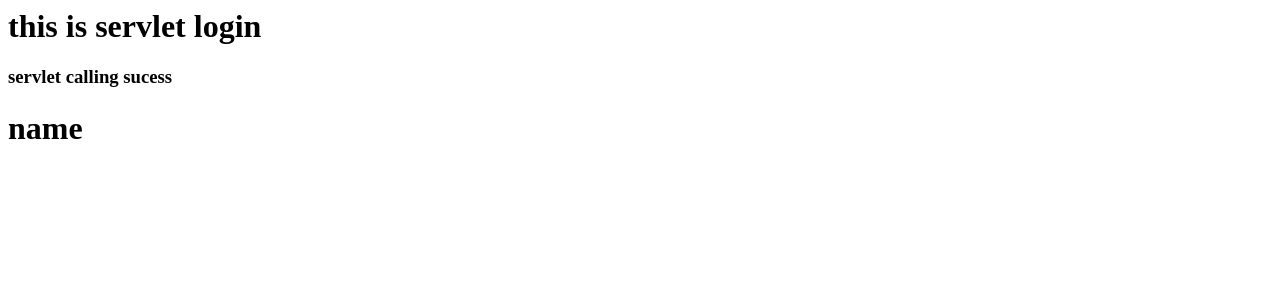
Repository: jks2127/SMS-webApp
Page: http://localhost/sms_1.2/login
An editor plug-in stored every save of this project. The page is shown before and after the next save, followed by the edit.
The browser window is 1280 px wide. The pictures show the whole page.
The page is served by Tomcat 9.

Above is the page before, as saved 2021-06-11 11:43:06.

After the next save:
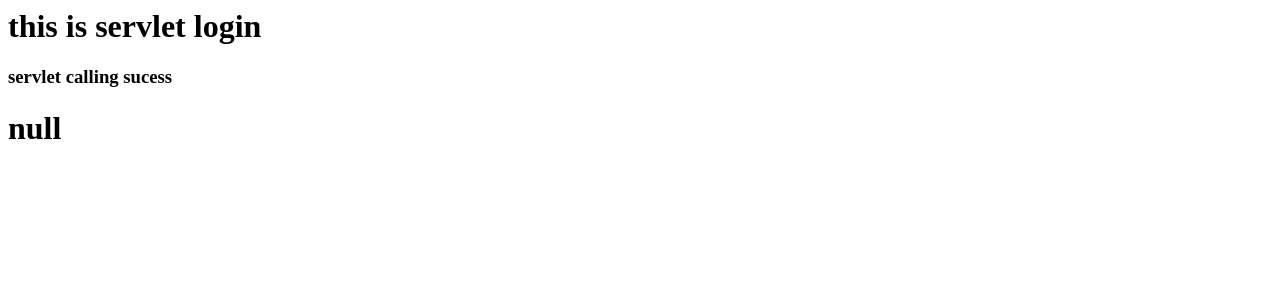
Saved 52 s later.
--- a/sms 1.2/src/com/sms/Login.java
+++ b/sms 1.2/src/com/sms/Login.java
@@ -21,7 +21,7 @@ public class Login extends HttpServlet {
 		out.println("<h3>servlet calling sucess</h3>");
 
 		String name=req.getParameter("user_name");
-		out.println("<h1>name</h1>");
+		out.println("<h1>" +name+ "</h1>");
 
 	}
 
